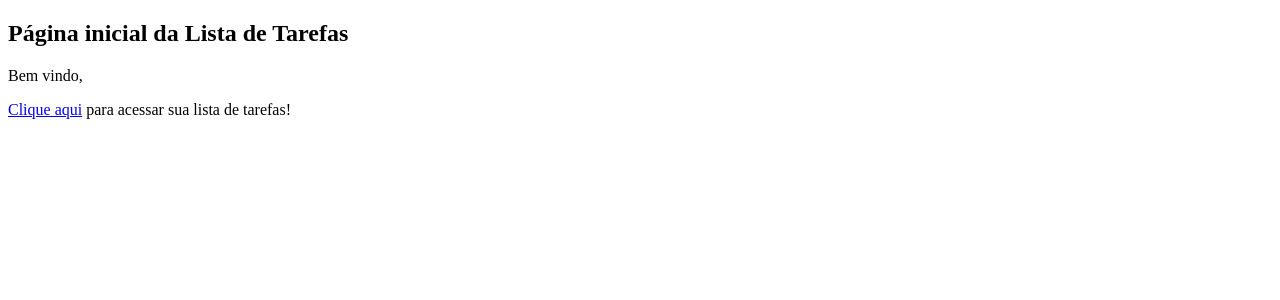
Repository: asponton/fj21
Page: http://localhost/fj21-tarefas/WEB-INF/views/menu.jsp
An editor plug-in stored every save of this project. The page is shown before and after the next save, followed by the edit.
The browser window is 1280 px wide. The pictures show the whole page.
The page is served by Tomcat 9. Nobody is signed in. The template is opened directly, without the code that normally fills it, so the values that code supplies are empty.

Above is the page before, as saved 2012-03-29 01:01:54.

After the next save:
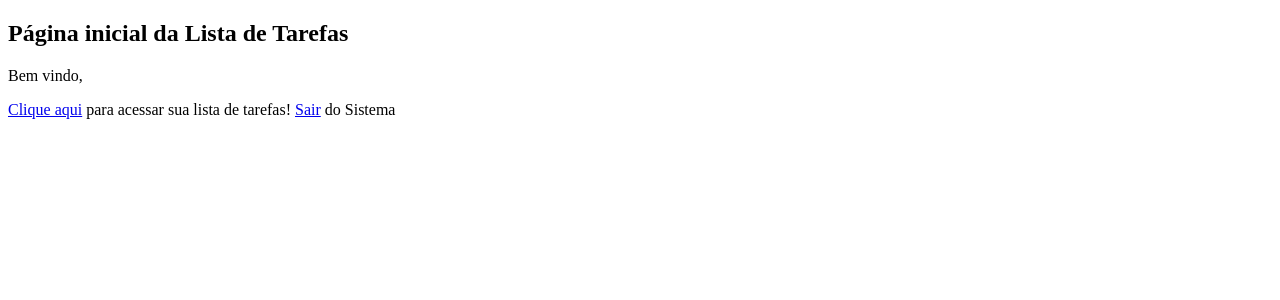
Saved 2 min 32 s later.
--- a/fj21-tarefas/WebContent/WEB-INF/views/menu.jsp
+++ b/fj21-tarefas/WebContent/WEB-INF/views/menu.jsp
@@ -10,5 +10,6 @@
 	<h2>Página inicial da Lista de Tarefas</h2>
 	<p>Bem vindo, ${usuarioLogado.login}</p>
 	<a href="listaTarefas">Clique aqui</a> para acessar sua lista de tarefas!
+	<a href="logOut">Sair</a> do Sistema
 </body>
 </html>
